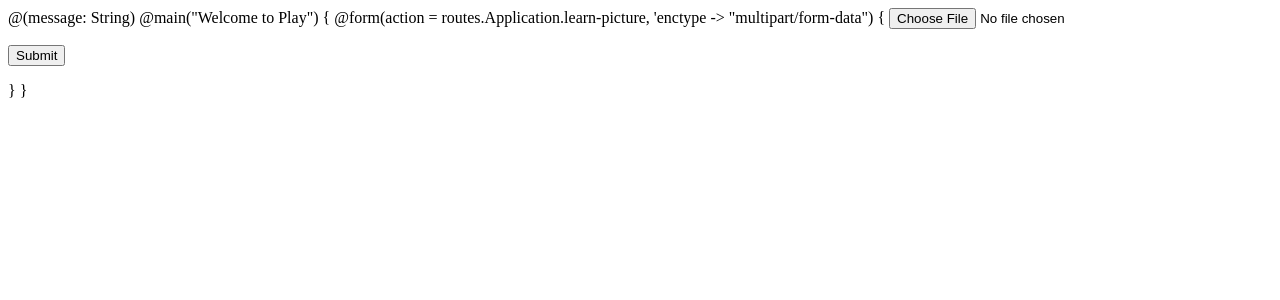
Repository: ackdom/opencv-surf
Page: surfbackend/.target/views/learn.scala.html
These files come from the project's save history. The page is drawn as it stood at one moment and after the next save; the edit follows.
The browser window is 1280 px wide. The pictures show the whole page.

Above is the page before, as saved 2013-12-06 12:35:50.

### surfbackend/.target/views/learn.scala.html
@(message: String)

@main("Welcome to Play") {

@form(action = routes.Application.learn-picture, 'enctype -> "multipart/form-data") {

    <input type="file" name="picture">

    <p>
        <input type="submit">
    </p>

}
}

After the next save:
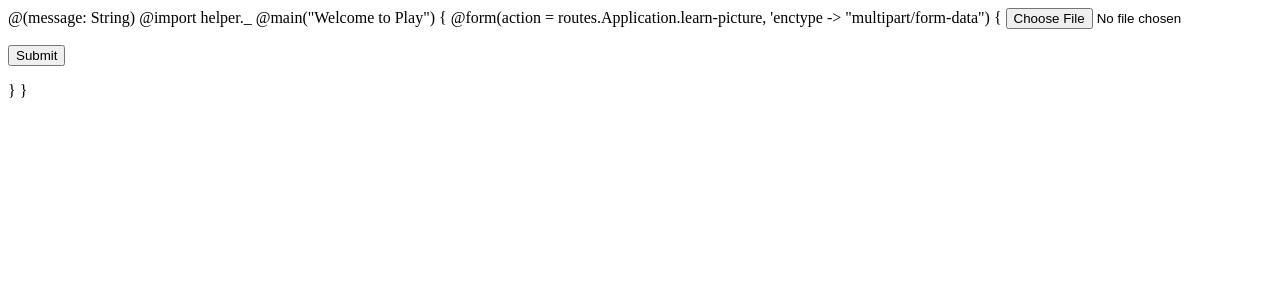
Saved 9 min 33 s later.
--- a/surfbackend/.target/views/learn.scala.html
+++ b/surfbackend/.target/views/learn.scala.html
@@ -1,4 +1,5 @@
 @(message: String)
+@import helper._
 
 @main("Welcome to Play") {
 
